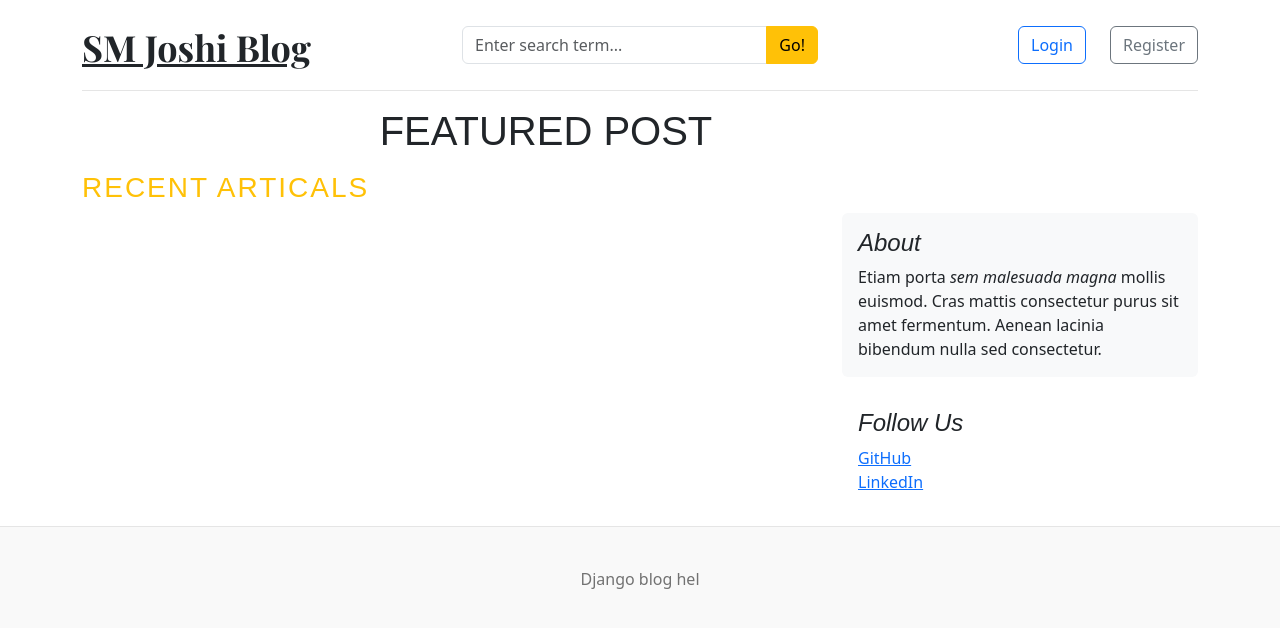
Repository: vijayholve/Blog-Website-Django
Page: templates/home.html
The author's editor kept a copy of each file at every save. The page is drawn from the files as they stood at one save, then again after the next save.
The browser window is 1280 px wide. The pictures show the whole page.
Some web fonts or font styles are not loaded; a fallback is used. The template is drawn by Django 5.2. The application's start-up code is not run. Other server files are loaded and not shown. The template is opened directly, without the code that normally fills it, so the values that code supplies are empty.

Above is the page before, as saved 2025-01-29 16:33:51.

### templates/home.html

{% extends 'base/base.html' %}

{% block content %}

{% for post in featured_post %}
 {% if forloop.first %}
<div class="jumbotron p-3 p-md-5 text-white rounded bg-dark" style="background-image: url({{ post.blog_image.url }});background-blend-mode: overlay;background-size:cover;">
    <div class="col-md-8 px-0">
      <h1 class="display-4 font-italic"><a href="{% url 'blogs' post.slug %}">{{ post.title }}</a></h1>
      <p class="lead my-3">{{ post.short_description | truncatewords:20 }}</p>
      <p class="lead mb-0"><a href="#" class="text-white font-weight-bold">Continue reading...</a></p>
    </div>
</div>
  {% endif %}
{% endfor %}


<!-- Featured POST -->
<div class="container row mb-2">
  <div class="container">

    <h1 class=" mr-4 text-uppercase text-dark text-bold text-center" >Featured POST</h1>
    {% for post in featured_post %}
    {% if not forloop.first %}
    <div class="col-md-6">
      <div class="card border-0" >
        <div class="card-body">
          <h3><a href="{% url 'blogs' post.slug %}">{{ post.title }}</a></h3>
          <small class="mb-1 text-muted">
            <span class=" material-symbols-outlined">
              schedule
            </span>
            {{ post.created_at | timesince }} ago | {{ post.author }}</small>
            <p class="card-text">{{ post.short_description | truncatewords:20 }}</p>
          </div>
        </div>
      </div>
      {% endif %}
      {% endfor %}
    </div>

  </div>
  <!-- Recent artical -->
  <main role="main" class="container ">
    <h3 class="text-uppercase text-warning" style="letter-spacing: 2px;">Recent Articals</h3>
    <div class="row">
      <div class="col-md-8 blog-main">
        {% for post in posts %}
        <div class="card border-0" >
          <div class="card-body">
            <h3><a href="{% url 'blogs' post.slug %}">{{ post.title }}</a></h3>
            <small class="mb-1 text-muted">{{ post.created_at | timesince }} ago | {{ post.author }}</small>
            <p class="card-text">{{ post.short_description | truncatewords:20 }}</p>
          </div>
        </div>
        {% endfor %}
      </div>
      <!-- /.blog-main -->

      <aside class="col-md-4 blog-sidebar">
        <div class="p-3 mb-3 bg-light rounded">
          <h4 class="font-italic">About</h4>
          <p class="mb-0">Etiam porta <em>sem malesuada magna</em> mollis euismod. Cras mattis consectetur purus sit amet fermentum. Aenean lacinia bibendum nulla sed consectetur.</p>
        </div>

        <div class="p-3">
          <h4 class="font-italic">Follow Us</h4>
          <ol class="list-unstyled">
            <li><a href="#">GitHub</a></li>
            <li><a href="#">LinkedIn</a></li>
          </ol>
        </div>
      </aside><!-- /.blog-sidebar -->

    </div><!-- /.row -->

  </main><!-- /.container -->

</div>
{% endblock %}

### templates/base/base.html
<!-- Header part -->
{% include './header.html' %}

<!-- Main content part -->
{% block content %}
<div class="container-fluid">

</div>
{% endblock %}

<!-- Footer -->
{% include './footer.html' %}

### templates/base/header.html
{% load static %}
<!DOCTYPE html>
<html lang="en">
<head>
    <meta charset="UTF-8">
    <meta http-equiv="X-UA-Compatible" content="IE=edge">
    <meta name="viewport" content="width=device-width, initial-scale=1.0">
    <title>SM Joshi Blogs</title>
    <link href="https://getbootstrap.com/docs/4.0/dist/css/bootstrap.min.css" rel="stylesheet">
    <link href="https://fonts.googleapis.com/css?family=Playfair+Display:700,900" rel="stylesheet">
    <link href="{% static 'css/blog.css' %}" rel="stylesheet">
    <link href="{% static 'css/Navbar.css' %}" rel="stylesheet">
    <link rel="stylesheet" href="https://cdn.jsdelivr.net/npm/bootstrap@4.4.1/dist/css/bootstrap.min.css" integrity="sha384-Vkoo8x4CGsO3+Hhxv8T/Q5PaXtkKtu6ug5TOeNV6gBiFeWPGFN9MuhOf23Q9Ifjh" crossorigin="anonymous">
    <link href="https://cdn.jsdelivr.net/npm/bootstrap@5.3.3/dist/css/bootstrap.min.css" rel="stylesheet" integrity="sha384-QWTKZyjpPEjISv5WaRU9OFeRpok6YctnYmDr5pNlyT2bRjXh0JMhjY6hW+ALEwIH" crossorigin="anonymous">
    <link rel="stylesheet" href="https://fonts.googleapis.com/css2?family=Material+Symbols+Outlined:opsz,wght,FILL,GRAD@20..48,100..700,0..1,-50..200&icon_names=schedule" />
    <link rel="stylesheet" href="https://cdnjs.cloudflare.com/ajax/libs/font-awesome/4.7.0/css/font-awesome.min.css">

  </head>
<body>
    <div class="container ">
      <header class="blog-header py-3">
        <div class="row flex-nowrap justify-content-between align-items-center">
          <div class="col-4 pt-1">
            <a class="blog-header-logo text-dark" href="/">SM Joshi Blog</a>
          </div>
          <div class="col-4">
            <form action="{% url 'search' %}" method="GET">
              <div class="input-group">
                <input class="form-control" name="keyword" type="text" placeholder="Enter search term..." aria-label="Enter search term..." aria-describedby="button-search" />
                <button type="submit" class="btn btn-warning" id="button-search" type="button">Go!</button>
            </div>
            </form>
          </div>

          <div class="col-4 d-flex justify-content-end align-items-center">
            {% if not user.is_authenticated %}
            <div class="nav-item ml-4">
              <div class="nav-link">
                <a class="btn btn-outline-primary" href="{% url 'login' %}">Login</a>
              </div>
            </div>
            <div class="nav-item ml-4">
              <div class="nav-link">
                <a class="btn btn-outline-secondary" href="{% url 'register' %}">Register</a>
              </div>
            </div>
            {% else %}
            <div class="nav-item ml-4">
              <div class="nav-link">
                <a class="btn btn-outline-primary" href="{% url 'dashboard' %}">Dashboard</a>
              </div>
            </div>
            <div class="nav-item ml-4">
              <div class="nav-link">
                <a class="btn btn-outline-danger" href="{% url 'logout' %}">Logout</a>
              </div>
            </div>
            {% endif %}
          </div>
        </div>
      </header>

      <div class="nav-scroller py-1 mb-2">
        <nav class="nav d-flex justify-content-between">
          {% for cat in categories %}
          <a class="p-2 text-muted" href="{% url 'posts_by_category' cat.id  %}">{{ cat.category_name }}</a>
          {% endfor %}
        </nav>
      </div>
    </div>
    <script src="https://cdn.jsdelivr.net/npm/bootstrap@5.3.3/dist/js/bootstrap.bundle.min.js" integrity="sha384-YvpcrYf0tY3lHB60NNkmXc5s9fDVZLESaAA55NDzOxhy9GkcIdslK1eN7N6jIeHz" crossorigin="anonymous"></script>
</body>
</html>

### templates/base/footer.html
<footer class="blog-footer">
    <p>Django blog <a>hel</a></p>
  </footer>
  </body>
  </html>

### static/css/blog.css
/* stylelint-disable selector-list-comma-newline-after */

.blog-header {
  border-bottom: 1px solid #e5e5e5;
}

.blog-header-logo {
  font-family: "Playfair Display", Georgia, "Times New Roman", serif/*rtl:Amiri, Georgia, "Times New Roman", serif*/;
  font-size: 2.25rem;
}

.blog-header-logo:hover {
  text-decoration: none;
}

h1, h2, h3, h4, h5, h6 {
  font-family: "Playfair Display", Georgia, "Times New Roman", serif/*rtl:Amiri, Georgia, "Times New Roman", serif*/;
}

.display-4 {
  font-size: 2.5rem;
}
@media (min-width: 768px) {
  .display-4 {
    font-size: 3rem;
  }
}

.flex-auto {
  flex: 0 0 auto;
}

.h-250 { height: 250px; }
@media (min-width: 768px) {
  .h-md-250 { height: 250px; }
}

/* Pagination */
.blog-pagination {
  margin-bottom: 4rem;
}

/*
 * Blog posts
 */
.blog-post {
  margin-bottom: 4rem;
}
.blog-post-title {
  font-size: 2.5rem;
}
.blog-post-meta {
  margin-bottom: 1.25rem;
  color: #727272;
}

/*
 * Footer
 */
.blog-footer {
  padding: 2.5rem 0;
  color: #727272;
  text-align: center;
  background-color: #f9f9f9;
  border-top: .05rem solid #e5e5e5;
}
.blog-footer p:last-child {
  margin-bottom: 0;
}


.material-symbols-outlined{
  width: 20px;
  /* height: 300px; */
}

### static/css/Navbar.css
:root {
    --font-family-sans-serif: "Open Sans", -apple-system, BlinkMacSystemFont,
    "Segoe UI", Roboto, "Helvetica Neue", Arial, sans-serif, "Apple Color Emoji",
    "Segoe UI Emoji", "Segoe UI Symbol", "Noto Color Emoji";
}

*, *::before, *::after {
    -webkit-box-sizing: border-box;
    box-sizing: border-box;
}

html {
    font-family: sans-serif;
    line-height: 1.15;
    -webkit-text-size-adjust: 100%;
    -webkit-tap-highlight-color: rgba(0, 0, 0, 0);
}

nav {
    display: block;
}

body {
    margin: 0;
    font-family: "Open Sans", -apple-system, BlinkMacSystemFont, "Segoe UI",
    Roboto, "Helvetica Neue", Arial, sans-serif, "Apple Color Emoji",
    "Segoe UI Emoji", "Segoe UI Symbol", "Noto Color Emoji";
    font-size: 1rem;
    font-weight: 400;
    line-height: 1.5;
    color: #515151;
    text-align: left;
    background-color: #e9edf4;
}

h1, h2, h3, h4, h5, h6 {
    margin-top: 0;
    margin-bottom: 0.5rem;
}

p {
    margin-top: 0;
    margin-bottom: 1rem;
}

a {
    color: #3f84fc;
    text-decoration: none;
    background-color: transparent;
}

a:hover {
    color: #0458eb;
    text-decoration: underline;
}

h1, h2, h3, h4, h5, h6, .h1, .h2, .h3, .h4, .h5, .h6 {
    font-family: "Nunito", sans-serif;
    margin-bottom: 0.5rem;
    font-weight: 500;
    line-height: 1.2;
}

h1, .h1 {
    font-size: 2.5rem;
    font-weight: normal;
}

.card {
    position: relative;
    display: -webkit-box;
    display: -webkit-flex;
    display: -ms-flexbox;
    display: flex;
    -webkit-box-orient: vertical;
    -webkit-box-direction: normal;
    -webkit-flex-direction: column;
    -ms-flex-direction: column;
    flex-direction: column;
    min-width: 0;
    word-wrap: break-word;
    background-color: #fff;
    background-clip: border-box;
    border: 1px solid rgba(0, 0, 0, 0.125);
    border-radius: 0;
}

.card-body {
    -webkit-box-flex: 1;
    -webkit-flex: 1 1 auto;
    -ms-flex: 1 1 auto;
    flex: 1 1 auto;
    padding: 1.25rem;
}

.card-header {
    padding: 0.75rem 1.25rem;
    margin-bottom: 0;
    background-color: rgba(0, 0, 0, 0.03);
    border-bottom: 1px solid rgba(0, 0, 0, 0.125);
    text-align: center;
}

.dashboard {
    display: -webkit-box;
    display: -webkit-flex;
    display: -ms-flexbox;
    display: flex;
    min-height: 100vh;
}

.dashboard-app {
    display: -webkit-box;
    display: -webkit-flex;
    display: -ms-flexbox;
    display: flex;
    -webkit-box-orient: vertical;
    -webkit-box-direction: normal;
    -webkit-flex-direction: column;
    -ms-flex-direction: column;
    flex-direction: column;
    -webkit-box-flex: 2;
    -webkit-flex-grow: 2;
    -ms-flex-positive: 2;
    flex-grow: 2;
    margin-top: 84px;
}

.dashboard-content {
    -webkit-box-flex: 2;
    -webkit-flex-grow: 2;
    -ms-flex-positive: 2;
    flex-grow: 2;
    padding: 25px;
}

.dashboard-nav {
    min-width: 238px;
    position: fixed;
    left: 0;
    top: 0;
    bottom: 0;
    overflow: auto;
    background-color: #373193;
}

.dashboard-compact .dashboard-nav {
    display: none;
}

.dashboard-nav header {
    min-height: 84px;
    padding: 8px 27px;
    display: -webkit-box;
    display: -webkit-flex;
    display: -ms-flexbox;
    display: flex;
    -webkit-box-pack: center;
    -webkit-justify-content: center;
    -ms-flex-pack: center;
    justify-content: center;
    -webkit-box-align: center;
    -webkit-align-items: center;
    -ms-flex-align: center;
    align-items: center;
}

.dashboard-nav header .menu-toggle {
    display: none;
    margin-right: auto;
}

.dashboard-nav a {
    color: #515151;
}

.dashboard-nav a:hover {
    text-decoration: none;
}

.dashboard-nav {
    background-color: #443ea2;
}

.dashboard-nav a {
    color: #fff;
}

.brand-logo {
    font-family: "Nunito", sans-serif;
    font-weight: bold;
    font-size: 20px;
    display: -webkit-box;
    display: -webkit-flex;
    display: -ms-flexbox;
    display: flex;
    color: #515151;
    -webkit-box-align: center;
    -webkit-align-items: center;
    -ms-flex-align: center;
    align-items: center;
}

.brand-logo:focus, .brand-logo:active, .brand-logo:hover {
    color: #dbdbdb;
    text-decoration: none;
}

.brand-logo i {
    color: #d2d1d1;
    font-size: 27px;
    margin-right: 10px;
}

.dashboard-nav-list {
    display: -webkit-box;
    display: -webkit-flex;
    display: -ms-flexbox;
    display: flex;
    -webkit-box-orient: vertical;
    -webkit-box-direction: normal;
    -webkit-flex-direction: column;
    -ms-flex-direction: column;
    flex-direction: column;
}

.dashboard-nav-item {
    min-height: 56px;
    padding: 8px 20px 8px 70px;
    display: -webkit-box;
    display: -webkit-flex;
    display: -ms-flexbox;
    display: flex;
    -webkit-box-align: center;
    -webkit-align-items: center;
    -ms-flex-align: center;
    align-items: center;
    letter-spacing: 0.02em;
    transition: ease-out 0.5s;
}

.dashboard-nav-item i {
    width: 36px;
    font-size: 19px;
    margin-left: -40px;
}

.dashboard-nav-item:hover {
    background: rgba(255, 255, 255, 0.04);
}

.active {
    background: rgba(0, 0, 0, 0.1);
}

.dashboard-nav-dropdown {
    display: -webkit-box;
    display: -webkit-flex;
    display: -ms-flexbox;
    display: flex;
    -webkit-box-orient: vertical;
    -webkit-box-direction: normal;
    -webkit-flex-direction: column;
    -ms-flex-direction: column;
    flex-direction: column;
}

.dashboard-nav-dropdown.show {
    background: rgba(255, 255, 255, 0.04);
}

.dashboard-nav-dropdown.show > .dashboard-nav-dropdown-toggle {
    font-weight: bold;
}

.dashboard-nav-dropdown.show > .dashboard-nav-dropdown-toggle:after {
    -webkit-transform: none;
    -o-transform: none;
    transform: none;
}

.dashboard-nav-dropdown.show > .dashboard-nav-dropdown-menu {
    display: -webkit-box;
    display: -webkit-flex;
    display: -ms-flexbox;
    display: flex;
}

.dashboard-nav-dropdown-toggle:after {
    content: "";
    margin-left: auto;
    display: inline-block;
    width: 0;
    height: 0;
    border-left: 5px solid transparent;
    border-right: 5px solid transparent;
    border-top: 5px solid rgba(81, 81, 81, 0.8);
    -webkit-transform: rotate(90deg);
    -o-transform: rotate(90deg);
    transform: rotate(90deg);
}

.dashboard-nav .dashboard-nav-dropdown-toggle:after {
    border-top-color: rgba(255, 255, 255, 0.72);
}

.dashboard-nav-dropdown-menu {
    display: none;
    -webkit-box-orient: vertical;
    -webkit-box-direction: normal;
    -webkit-flex-direction: column;
    -ms-flex-direction: column;
    flex-direction: column;
}

.dashboard-nav-dropdown-item {
    min-height: 40px;
    padding: 8px 20px 8px 70px;
    display: -webkit-box;
    display: -webkit-flex;
    display: -ms-flexbox;
    display: flex;
    -webkit-box-align: center;
    -webkit-align-items: center;
    -ms-flex-align: center;
    align-items: center;
    transition: ease-out 0.5s;
}

.dashboard-nav-dropdown-item:hover {
    background: rgba(255, 255, 255, 0.04);
}

.menu-toggle {
    position: relative;
    width: 42px;
    height: 42px;
    display: -webkit-box;
    display: -webkit-flex;
    display: -ms-flexbox;
    display: flex;
    -webkit-box-align: center;
    -webkit-align-items: center;
    -ms-flex-align: center;
    align-items: center;
    -webkit-box-pack: center;
    -webkit-justify-content: center;
    -ms-flex-pack: center;
    justify-content: center;
    color: #443ea2;
}

.menu-toggle:hover, .menu-toggle:active, .menu-toggle:focus {
    text-decoration: none;
    color: #875de5;
}

.menu-toggle i {
    font-size: 20px;
}

.dashboard-toolbar {
    min-height: 84px;
    background-color: #dfdfdf;
    display: -webkit-box;
    display: -webkit-flex;
    display: -ms-flexbox;
    display: flex;
    -webkit-box-align: center;
    -webkit-align-items: center;
    -ms-flex-align: center;
    align-items: center;
    padding: 8px 27px;
    position: fixed;
    top: 0;
    right: 0;
    left: 0;
    z-index: 1000;
}

.nav-item-divider {
    height: 1px;
    margin: 1rem 0;
    overflow: hidden;
    background-color: rgba(236, 238, 239, 0.3);
}

@media (min-width: 992px) {
    .dashboard-app {
        margin-left: 238px;
    }

    .dashboard-compact .dashboard-app {
        margin-left: 0;
    }
}


@media (max-width: 768px) {
    .dashboard-content {
        padding: 15px 0px;
    }
}

@media (max-width: 992px) {
    .dashboard-nav {
        display: none;
        position: fixed;
        top: 0;
        right: 0;
        left: 0;
        bottom: 0;
        z-index: 1070;
    }

    .dashboard-nav.mobile-show {
        display: block;
    }
}

@media (max-width: 992px) {
    .dashboard-nav header .menu-toggle {
        display: -webkit-box;
        display: -webkit-flex;
        display: -ms-flexbox;
        display: flex;
    }
}

@media (min-width: 992px) {
    .dashboard-toolbar {
        left: 238px;
    }

    .dashboard-compact .dashboard-toolbar {
        left: 0;
    }
}

After the next save:
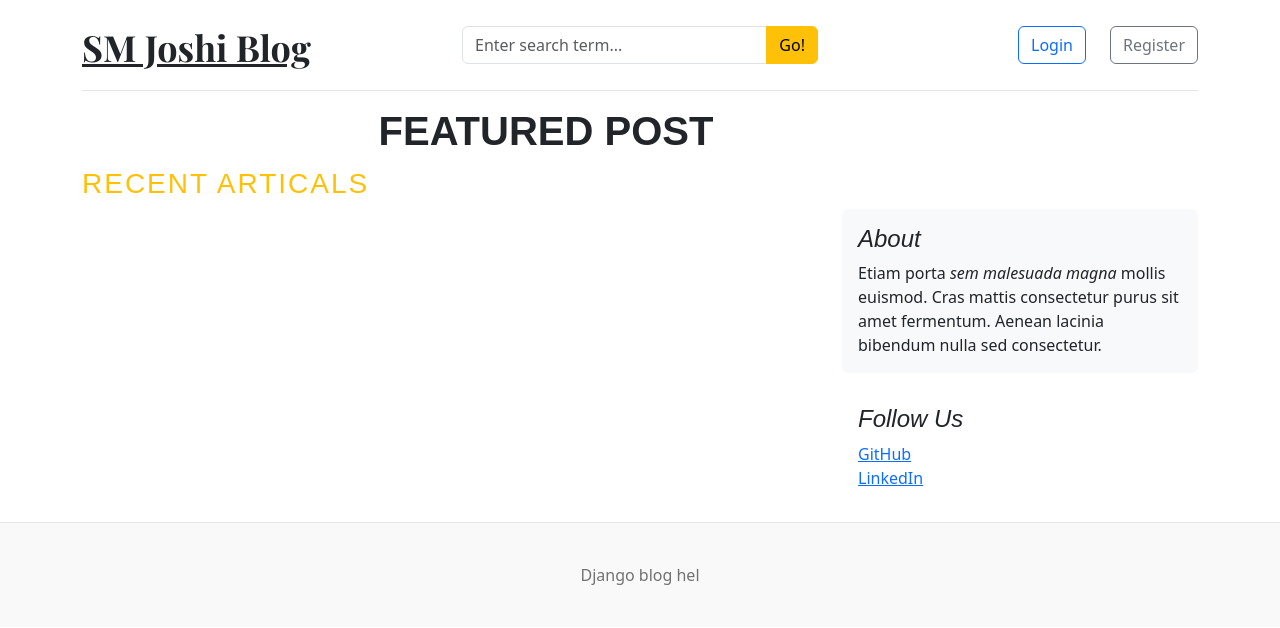
Saved 4 s later.
--- a/templates/home.html
+++ b/templates/home.html
@@ -20,7 +20,7 @@
 <div class="container row mb-2">
   <div class="container">
 
-    <h1 class=" mr-4 text-uppercase text-dark text-bold text-center" >Featured POST</h1>
+    <h1 class="fw-bolder mb-1 mr-4 text-uppercase text-dark text-bold text-center" >Featured POST</h1>
     {% for post in featured_post %}
     {% if not forloop.first %}
     <div class="col-md-6">
